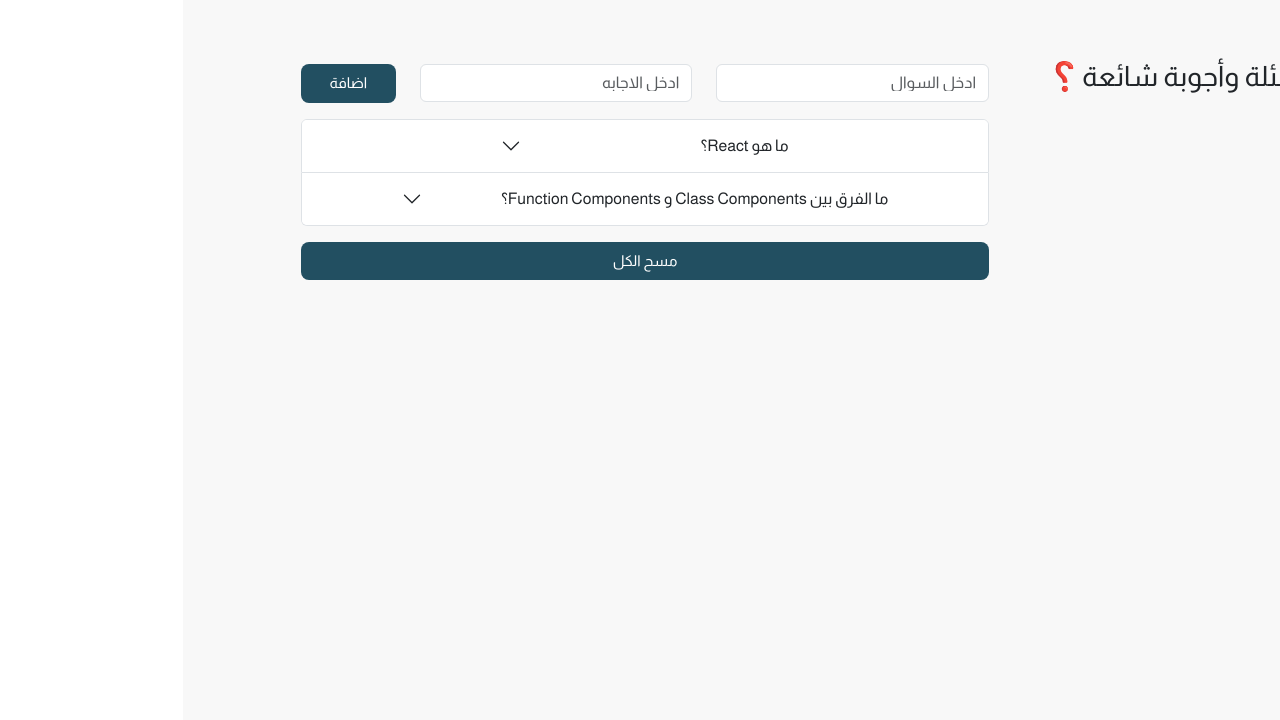
Repository: kerlos-alfy/Questions-And-Answers
Page: /
An editor plug-in stored every save of this project. The page is shown before and after the next save, followed by the edit.
The browser window is 1280 px wide. The pictures show the whole page.
Some web fonts or font styles are not loaded; a fallback is used. The project was rebuilt for these pictures with package versions that can differ from the ones it lists, and the page was loaded fresh each time. Also part of the build but not shown: vite.config.js, src/App.css.

Above is the page before, as saved 2024-12-19 06:59:56.

After the next save:
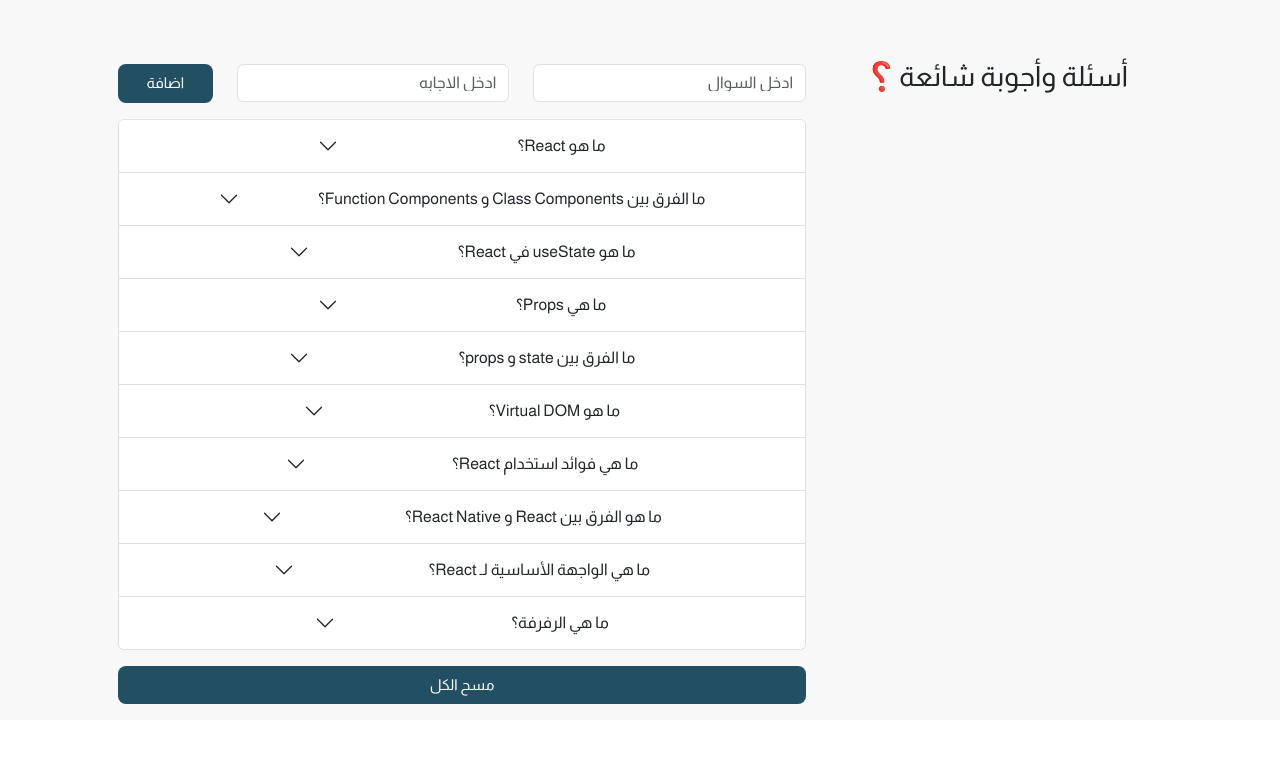
Saved 19 s later.
--- a/src/data.js
+++ b/src/data.js
@@ -8,4 +8,36 @@
 		answer:
 			"Class Components تعتمد على ES6 classes وتُستخدم مع الطرق التقليدية، بينما Function Components تعتمد على دوال JavaScript العادية وتدعم استخدام Hooks.",
 	},
+	{
+		question: "ما هو useState في React؟",
+		answer: "useState هو Hook يُستخدم لإدارة الحالة (state) داخل Function Components.",
+	},
+	{
+		question: "ما هي Props؟",
+		answer: "Props هي خصائص تُمرر إلى المكونات كوسيلة لنقل البيانات من مكون أبوي إلى مكون فرعي.",
+	},
+	{
+		question: "ما الفرق بين state و props؟",
+		answer: "State تُستخدم لإدارة البيانات الداخلية للمكون، بينما props تُستخدم لنقل البيانات بين المكونات.",
+	},
+	{
+		question: "ما هو Virtual DOM؟",
+		answer: "Virtual DOM هو نسخة خفيفة من DOM الفعلي تُستخدم لتحسين الأداء في React.",
+	},
+	{
+		question: "ما هي فوائد استخدام React؟",
+		answer: "سهولة إعادة الاستخدام، الأداء العالي بفضل Virtual DOM، والمجتمع الضخم الداعم.",
+	},
+	{
+		question: "ما هو الفرق بين React و React Native؟",
+		answer: "React تُستخدم لبناء تطبيقات الويب، بينما React Native تُستخدم لبناء تطبيقات الهاتف المحمول.",
+	},
+	{
+		question: "ما هي الواجهة الأساسية لـ React؟",
+		answer: "الواجهة الأساسية لـ React هي JSX، وهي عبارة عن امتداد لـ JavaScript يسمح بكتابة HTML داخل JavaScript.",
+	},
+	{
+		question: "ما هي الرفرفة؟",
+		answer: "الرفرفة (rendering) هي عملية تحديث واجهة المستخدم بناءً على التغيرات في البيانات أو الحالة.",
+	},
 ];
